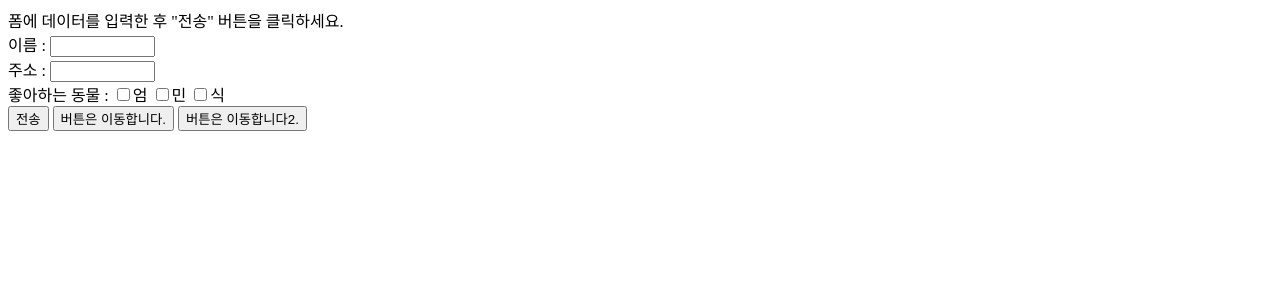
Repository: eParkjongtaek/lovedisket
Page: http://localhost/KH18_1/0905/12makeTestForm.jsp
The author's editor kept a copy of each file at every save. The page is drawn from the files as they stood at one save, then again after the next save.
The browser window is 1280 px wide. The pictures show the whole page.
The page is served by Tomcat 9. Other server files are loaded and not shown.

Above is the page before, as saved 2017-09-05 06:10:23.

### source/KH18_1/WebContent/0905/12makeTestForm.jsp
<%@ page contentType="text/html; charset=euc-kr" %>
<html>
	<head>
		<title>폼 생성</title>
		<style>

		</style>
		<script src="https://ajax.googleapis.com/ajax/libs/jquery/1.12.4/jquery.min.js"></script>
		<script type="text/javascript">
			$(function () {
				$("#move").click(function () {

					$("#form1").submit();

				});
			});

			function move_submit()
			{
				$("#form1").submit();
			}

		</script>
	</head>
	<body>
		<div class="test1">폼에 데이터를 입력한 후 "전송" 버튼을 클릭하세요.</div>
		<form id="form1" action="./13viewParameter.jsp" method="post">
			이름 : <input type="text" name="name" size="10"><br/>
			주소 : <input type="text" name="address" size="10"><br/>
			좋아하는 동물 :
				<input type="checkbox" name="pet" value="엄자바">엄
				<input type="checkbox" name="pet" value="민자바">민
				<input type="checkbox" name="pet" value="식자바">식
			<br/>
			<input type="submit" value="전송">
			<input id="move" type="button" value="버튼은 이동합니다." >
			<input type="button" value="버튼은 이동합니다2." onclick="javascript:move_submit();">

		</form>
	</body>
</html>

After the next save:
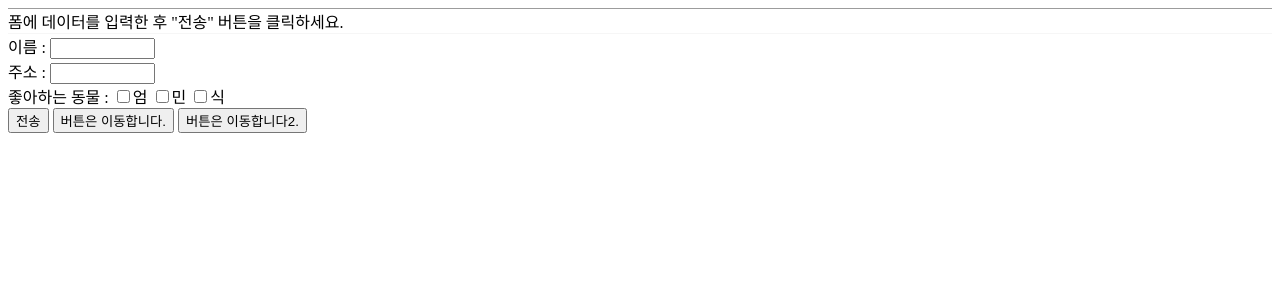
Saved 7 s later.
--- a/source/KH18_1/WebContent/0905/12makeTestForm.jsp
+++ b/source/KH18_1/WebContent/0905/12makeTestForm.jsp
@@ -3,7 +3,7 @@
 	<head>
 		<title>폼 생성</title>
 		<style>
-
+			.test1 { border-top:1px solid #9C9C9C; border-bottom:1px solid #F6F6F6; }
 		</style>
 		<script src="https://ajax.googleapis.com/ajax/libs/jquery/1.12.4/jquery.min.js"></script>
 		<script type="text/javascript">

After the 2 saves that followed:
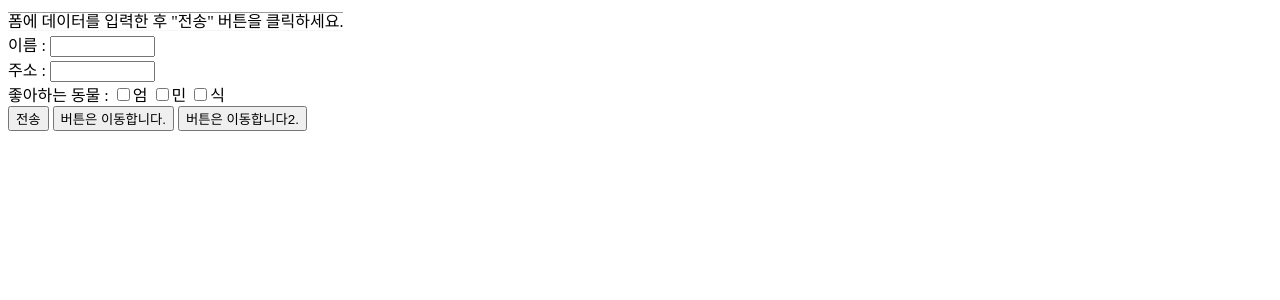
The 2 saves are shown as one change because they came seconds apart.
The last was saved 37 s later.
--- a/source/KH18_1/WebContent/0905/12makeTestForm.jsp
+++ b/source/KH18_1/WebContent/0905/12makeTestForm.jsp
@@ -23,7 +23,7 @@
 		</script>
 	</head>
 	<body>
-		<div class="test1">폼에 데이터를 입력한 후 "전송" 버튼을 클릭하세요.</div>
+		<span class="test1">폼에 데이터를 입력한 후 "전송" 버튼을 클릭하세요.</span>
 		<form id="form1" action="./13viewParameter.jsp" method="post">
 			이름 : <input type="text" name="name" size="10"><br/>
 			주소 : <input type="text" name="address" size="10"><br/>
